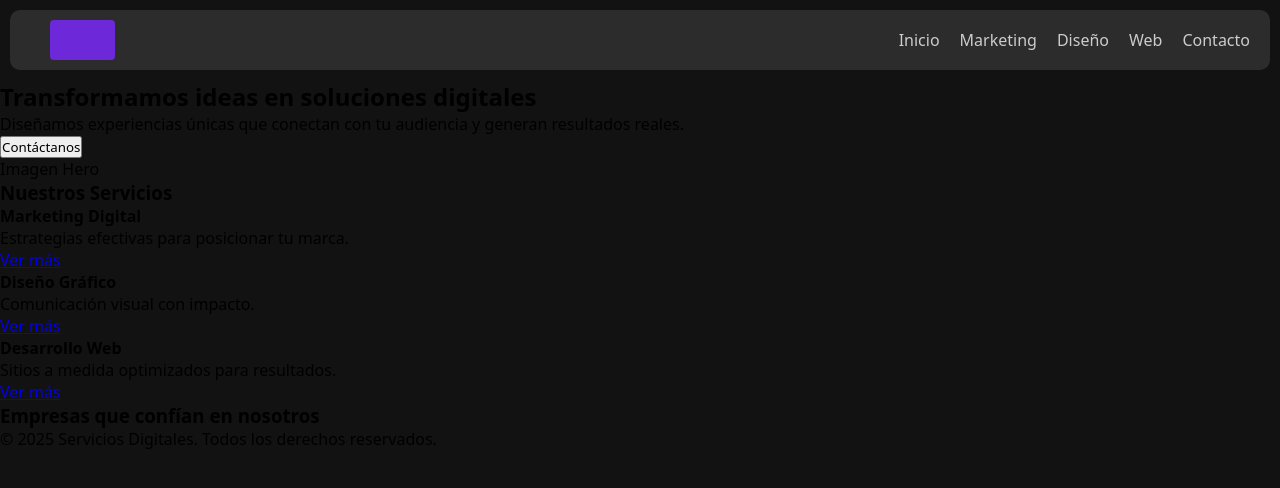
Repository: santinogarrone/TrabajoAgustin
Page: html/index.html
The author's editor kept a copy of each file at every save. The page is drawn from the files as they stood at one save, then again after the next save.
The browser window is 1280 px wide. The pictures show the whole page.

Above is the page before, as saved 2025-05-02 12:00:35.

### html/index.html
<!DOCTYPE html>
<html lang="en">
<head>
    <meta charset="UTF-8">
    <meta name="viewport" content="width=device-width, initial-scale=1.0">
    <link rel="stylesheet" href="../css/style.css">
    <title>Página de Agustin</title>
</head>
<body>

    <header>
        <nav class="nav-bar">
            <div class="cuadrado-violeta">

            </div>


            <ul class="nav-list">
                <li class="nav-item"><a href="">Inicio</a></li>
                <li class="nav-item"><a href="">Marketing</a></li>
                <li class="nav-item"><a href="">Diseño</a></li>
                <li class="nav-item"><a href="">Web</a></li>
                <li class="nav-item"><a href="">Contacto</a></li>
            </ul>

            <button class="menu-icon" aria-label="menu">
                <span class="menu-line"></span>
                <span class="menu-line"></span>
                <span class="menu-line"></span>
            </button>
        </nav>
    </header>
        <main>

            <section class="main-contact">
                <div class="contacto">
                    <h2 class="tit-contacto">Transformamos ideas en soluciones digitales</h2>
                    <p class="explicacion">Diseñamos experiencias únicas que conectan con tu audiencia y generan resultados reales.</p>

                    <button class="boton-contactar" onclick="location.href='../html/contacto.html'">
                        Contáctanos
                    </button>
                </div>

                <div class="img-hero">
                    Imagen Hero
                </div>
            </section>

            <section class="servicios">
                <h3>Nuestros Servicios</h3>

                <div class="card">
                    <h4>Marketing Digital</h4>
                    <p>Estrategias efectivas para posicionar tu marca.</p>
                    <a href="../html/marketing.html">Ver más</a>
                </div>

                <div class="card">
                    <h4>Diseño Gráfico</h4>
                    <p>Comunicación visual con impacto.</p>
                    <a href="#">Ver más</a>
                </div>

                <div class="card">
                    <h4>Desarrollo Web</h4>
                    <p>Sitios a medida optimizados para resultados.</p>
                    <a href="#">Ver más</a>
                </div>

            </section>

            <section class="empresas">
                <h3>Empresas que confían en nosotros</h3>
                <article class="logos">
                    <div class="logo"></div>
                    <div class="logo"></div>
                    <div class="logo"></div>
                    <div class="logo"></div>
                </article>

            </section>

        </main>

    <footer>
        <div class="ftr">
            <p>&copy; 2025 Servicios Digitales. Todos los derechos reservados.</p>
        </div>
    </footer>
</body>
</html>

### css/style.css
@import url(./global.css);

*{
    margin: 0;
    padding: 0;
    box-sizing: border-box;
    font-family: var(--font-family);
}


body{
    background-color: var(--fondo-color);
    height: 100%;
}

header{
    padding: 10px;
}
.cuadrado-violeta{
    display: block;
    width: 65px;
    height: 40px;
    background-color: var(--primary-color-original);
    border-radius: 4px;
    margin-left: 20px;
}


.nav-bar {
    display: flex;
    align-items: center;
    justify-content: space-between;
    background-color: #2c2c2c;
    padding: 10px 20px;
    border-radius: 10px;
    position: relative;
  }

  .menu-icon {
    display: none;
  }

  .menu-line {
    height: 4px;
    background-color: white;
    border-radius: 2px;
    width: 100%;
  }

  .nav-list {
    display: flex;
    gap: 20px;
    list-style: none;
    margin: 0;
    padding: 0;
  }

  .nav-item a {
    color: #ccc;
    text-decoration: none;
  }

  .main-contact{
    display: blockf;
  }

@media (375px >= width) {

    .hero-img{
        display: none;
    }
    .hero-texto p{
        display: none;
    }
    body{
        background-color: var(--fondo-color);
        height: 100%;
    }

    header{
        background-color: var(--superficie-dos);
        position: sticky;
        top: 0;
        margin: 0;
        border-radius: 0;
    }

    main{
        margin: 0px;
    }
    .explicacion{
        display: none;
    }

    .nav-list{
        display: none;
    }

    .img-hero{
        display: none;
    }
    .cuadrado-violeta{
        display: block;
        width: 65px;
        height: 40px;
        background-color: var(--primary-color-original);
        border-radius: 4px;
        margin-left: 20px;
    }

    .menu-icon{
        width: 30px;
        height: 30px;
        background: transparent;
        display: flex;
        flex-direction: column;
        gap: 4px;
        height: fit-content;
        border: none;
    }

    .menu-line{
        width: 100%;
        height: 4px;
        background-color: var(--texto-color);
        border: none;
        border-radius: 4px;

    }

    .nav-bar{
        display: flex;
        justify-content: space-between;
        align-items: center;
        padding: 5px 16px;
    }


    .main-contact{
        display: flex;
        padding: 24px;
        justify-content: center;
        align-items: center;
    }

    .contacto{
        display: block;
        padding: 34px;
        background: var(--primary-color-gradient);
        border-radius: 10px;
        color: var(--texto-color);
        height: auto;
        font-size: 12px;
    }

    .contacto .tit-contacto{
        text-align: center;
        align-items: center;
        font-weight: bold;
        margin-top: 30px;
    }

    .boton-contactar{
        display: block;
        margin: 0 auto;
        margin-bottom: 20px;
        margin-top: 12px;
        padding: 5px 20px;
        color: var(--primary-claro);
        background-color: var(--fondo-color);
        border-radius: 6px;
        cursor: pointer;
    }

    .servicios{
        display: flex;
        flex-direction: column;
        margin: 0 20px;
    }

    .servicios h3{
        color: var(--texto-color);
    }

    .card{
        margin-top: 5px;
        align-items: center;
        justify-content: center;
        background-color: var(--superficie-dos);
        border-radius: 8px;
        padding: 12px;
        margin-bottom: 15px;
    }

    .card h4{
        color: var(--texto-color);
    }

    .card p{
        color: var(--texto-secundario);
        padding-bottom: 20px;
    }

    .card a{
        display: inline-block;
        margin-bottom: 20px;
        color: var(--texto-color);
        cursor: pointer;
    }

    .empresas{
        display: flex;
        flex-direction: column;
        align-items: flex-start;
        margin-left: 20px;
    }

    .empresas h3{
        color: var(--texto-color);
        margin-bottom: 1rem;
    }

    .logos{
        margin-top: 5px;
        width: 335px;
        display: flex;
        justify-content: center;
        align-items : center;
        gap: 5px;
        background-color: var(--superficie-dos);
        border-radius: 8px;
        padding: 20px;
        margin-bottom: 10px;
    }

    .logo{
        width: 60px;
        height: 30px;
        background-color: #444444;
        border-radius: 5px;
    }

    .ftr{
        background-color: var(--superficie-dos);
        border-radius: 8px;
        text-align: center;
        margin: 15px 10px;
        padding: 16px;
        color: var(--texto-secundario);
    }
}

### css/global.css
:root{
    --primary-color-gradient : linear-gradient(135deg, #6D28D9, #8B5CF6);
    --primary-color-original : #6D28D9;
    --primary-claro : #8b5cf6;
    --secundary-color : #10b981;
    --acento-color : #f5930b;
    --fondo-color : #121212;
    --superficie-color : #1e1e1e;
    --superficie-dos : #2d2d2d;
    --texto-secundario : #A0A0A0;

    --texto-color : #fff;
    --font-family : 'system-ui'
}

After the next save:
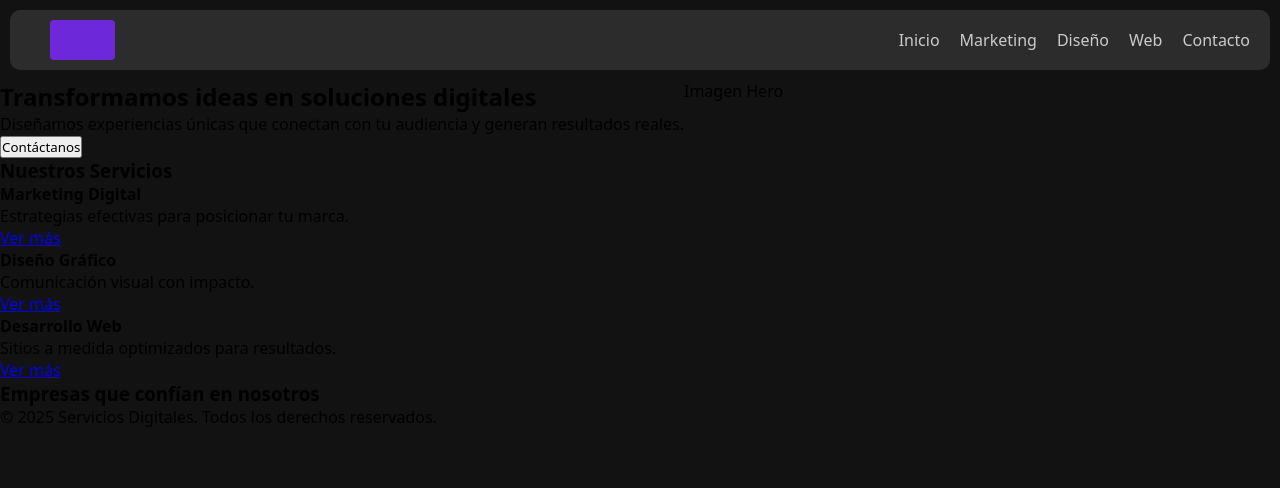
Saved 4 s later.
--- a/css/style.css
+++ b/css/style.css
@@ -61,7 +61,7 @@ header{
   }
 
   .main-contact{
-    display: blockf;
+    display: flex;
   }
 
 @media (375px >= width) {
